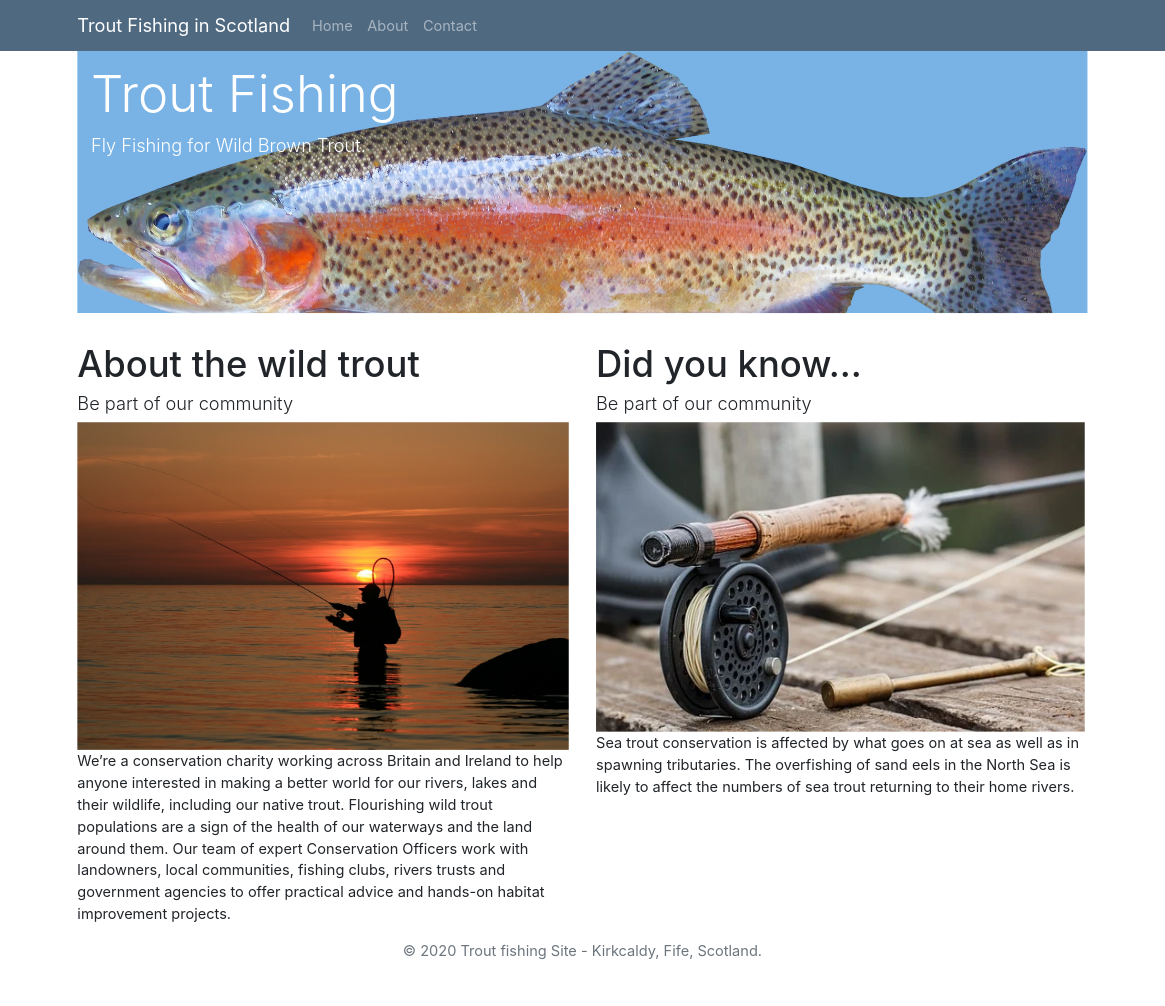
Repository: adrian9211/College_project
Page: about.html
An editor plug-in stored every save of this project. The page is shown before and after a run of saves, followed by the edit.
The browser window is 1280 px wide. The pictures show the whole page, at 91% of full size.

Above is the page before, as saved 2020-11-04 09:54:38.

### about.html
<!doctype html>
<html lang="en">
  <head>
    <!-- Required meta tags -->
    <meta charset="utf-8">
    <meta name="viewport" content="width=device-width, initial-scale=1, shrink-to-fit=no">

    <!-- Bootstrap CSS -->
    <link rel="stylesheet" href="https://cdn.jsdelivr.net/npm/bootstrap@4.5.3/dist/css/bootstrap.min.css" integrity="sha384-TX8t27EcRE3e/ihU7zmQxVncDAy5uIKz4rEkgIXeMed4M0jlfIDPvg6uqKI2xXr2" crossorigin="anonymous">
    <link rel="stylesheet" href="css/style.css">

    <title>Trout fishing in Scotland</title>
  </head>
  <body>
       <!-- Navigation  bar start -->
       <nav class="navbar navbar-expand-sm navbar-dark sticky-top" role="navigation" id="navbar2" style="background-color: #4F6980;">
        <div class="container">
          <a href="index.html"><span class="navbar-brand">Trout Fishing in Scotland</span></a>
          <button class="navbar-toggler" data-toggle="collapse" data-target="#collapse_target">
            <span class="navbar-toggler-icon"></span>
          </button>
          <div class="collapse navbar-collapse" id="collapse_target">
          <ul class="navbar-nav " >
            <li class="nav-item ">
              <a class="nav-link " href="index.html">Home </a>
            </li>
            <li class="nav-item active` ">
              <a class="nav-link " href="about.html">About</a>
            </li>
            <li class="nav-item ">
              <a class="nav-link " href="contact.html">Contact</a>
            </li>
          </ul>
        </div>
      </div>
      </nav>
      <!-- Navigation  bar end -->
      <!-- Jumbotron start -->
      <div class="container">
        <div class="jumbotron jumbotron-fluid">
            <div class="container alt">
              <h1 class="display-4">Trout Fishing</h1>
              <p class="lead">Fly Fishing for Wild Brown Trout.</p>
            </div>
        </div>
      <!-- Jumbotron end -->
    </div>
    <!-- Main section start -->
    <div class="container">
      <div class="row">
        <div class="col-sm-6">
          <h1>
            About the wild trout
          </h1>
          <h4 class="lead">Be part of our community</h4>
          <img src="img/large/angler-3308264_1280.jpg" alt="angler" class="img-fluid">
          <p>We’re a conservation charity working across Britain and Ireland to help anyone interested in making a better world for our rivers, lakes and their wildlife, including our native trout. Flourishing wild trout populations are a sign of the health of our waterways and the land around them. Our team of expert Conservation Officers work with landowners, local communities, fishing clubs, rivers trusts and government agencies to offer practical advice and hands-on habitat improvement projects. </p>
        </div>
        <div class="col-sm-6">
          <h1>
            Did you know...
          </h1>
          <h4 class="lead">Be part of our community</h4>
          <img src="img/fly-fishing-474090__340.webp" alt="angler" class="img-fluid">
          <p>Sea trout conservation is affected by what goes on at sea as well as in spawning tributaries. The overfishing of sand eels in the North Sea is likely to affect the numbers of sea trout returning to their home rivers.</p>
        </div>
      </div>
    </div>
    <!-- Main section end -->

    <footer class="footer text-center">
      <div class="container">

      <span class="text-muted">&copy; 2020 Trout fishing Site - Kirkcaldy, Fife, Scotland.</span>
      </div>
     </footer>

    <!-- Scripts for bootstrap -->
    <script src="https://code.jquery.com/jquery-3.5.1.slim.min.js" integrity="sha384-DfXdz2htPH0lsSSs5nCTpuj/zy4C+OGpamoFVy38MVBnE+IbbVYUew+OrCXaRkfj" crossorigin="anonymous"></script>
    <script src="https://cdn.jsdelivr.net/npm/bootstrap@4.5.3/dist/js/bootstrap.bundle.min.js" integrity="sha384-ho+j7jyWK8fNQe+A12Hb8AhRq26LrZ/JpcUGGOn+Y7RsweNrtN/tE3MoK7ZeZDyx" crossorigin="anonymous"></script>
  </body>
</html>

### css/style.css
.jumbotron {
    background-image: url("../img/trout.png");
    background-color: #79b3e6;
    background-size: cover;
    height: 40vh;
}

.alt {
    position: relative;
    top: -50px;
    color: #fff;
}

.navbar-text {
    font-size: 1.5rem;
    padding-right: 100px;
}

.customFooter {
    padding-top: 50px;
}

footer {
    padding-bottom: 50px;
}

.contactMainHeading img {
    background-image: cover;

}

After the next 3 saves:
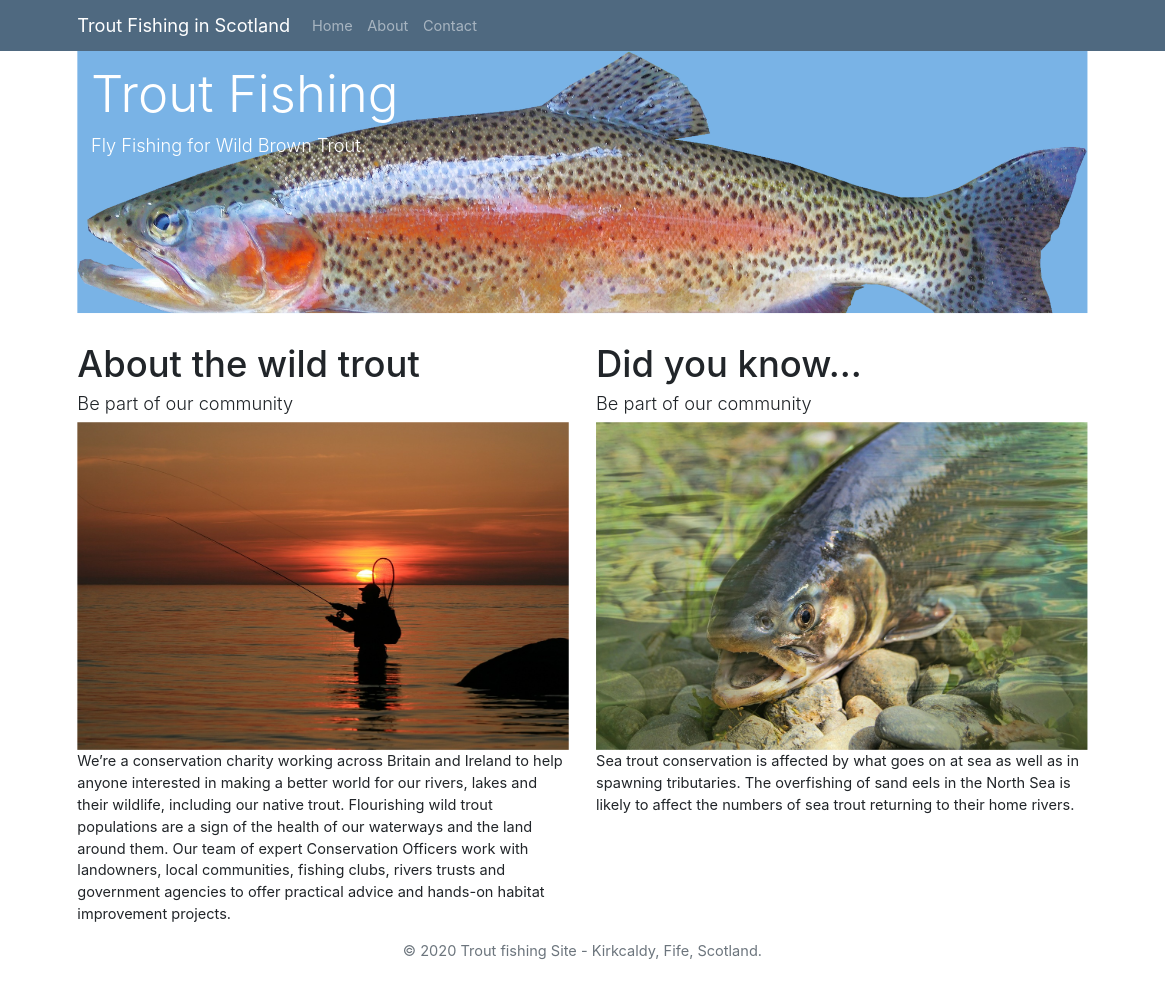
The 3 saves are shown as one change because they came seconds apart.
The last was saved 33 s later.
--- a/about.html
+++ b/about.html
@@ -61,7 +61,7 @@
             Did you know...
           </h1>
           <h4 class="lead">Be part of our community</h4>
-          <img src="img/fly-fishing-474090__340.webp" alt="angler" class="img-fluid">
+          <img src="img/large/char-585705_1280.jpg" alt="angler" class="img-fluid">
           <p>Sea trout conservation is affected by what goes on at sea as well as in spawning tributaries. The overfishing of sand eels in the North Sea is likely to affect the numbers of sea trout returning to their home rivers.</p>
         </div>
       </div>
